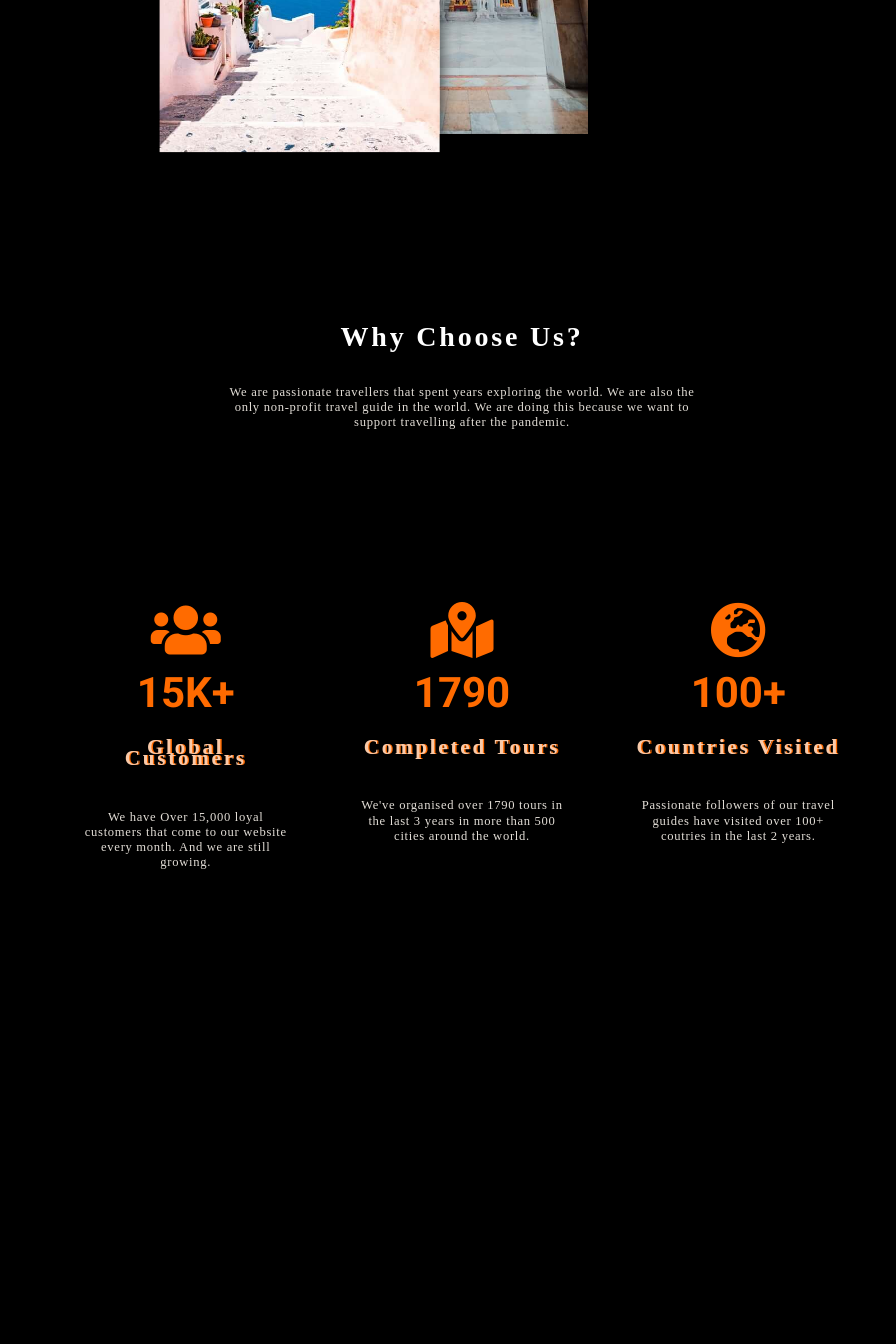
Repository: Hunga9k50doker/wildver-travel
Page: src/index.html
The author's editor kept a copy of each file at every save. The page is drawn from the files as they stood at one save, then again after the next save.
The browser window is 1280 px wide. The pictures show the part of the page from y = 4176 to 6096 px (the page is 6096 px tall before and 6080 px after), at 70% of full size.
Some web fonts or font styles are not loaded; a fallback is used. The style sheet was rebuilt from its Sass, Less or Tailwind sources for each picture, by a compiler version that may differ from the author's.

Above is the page before, as saved 2021-08-27 21:26:30.

After the next save:
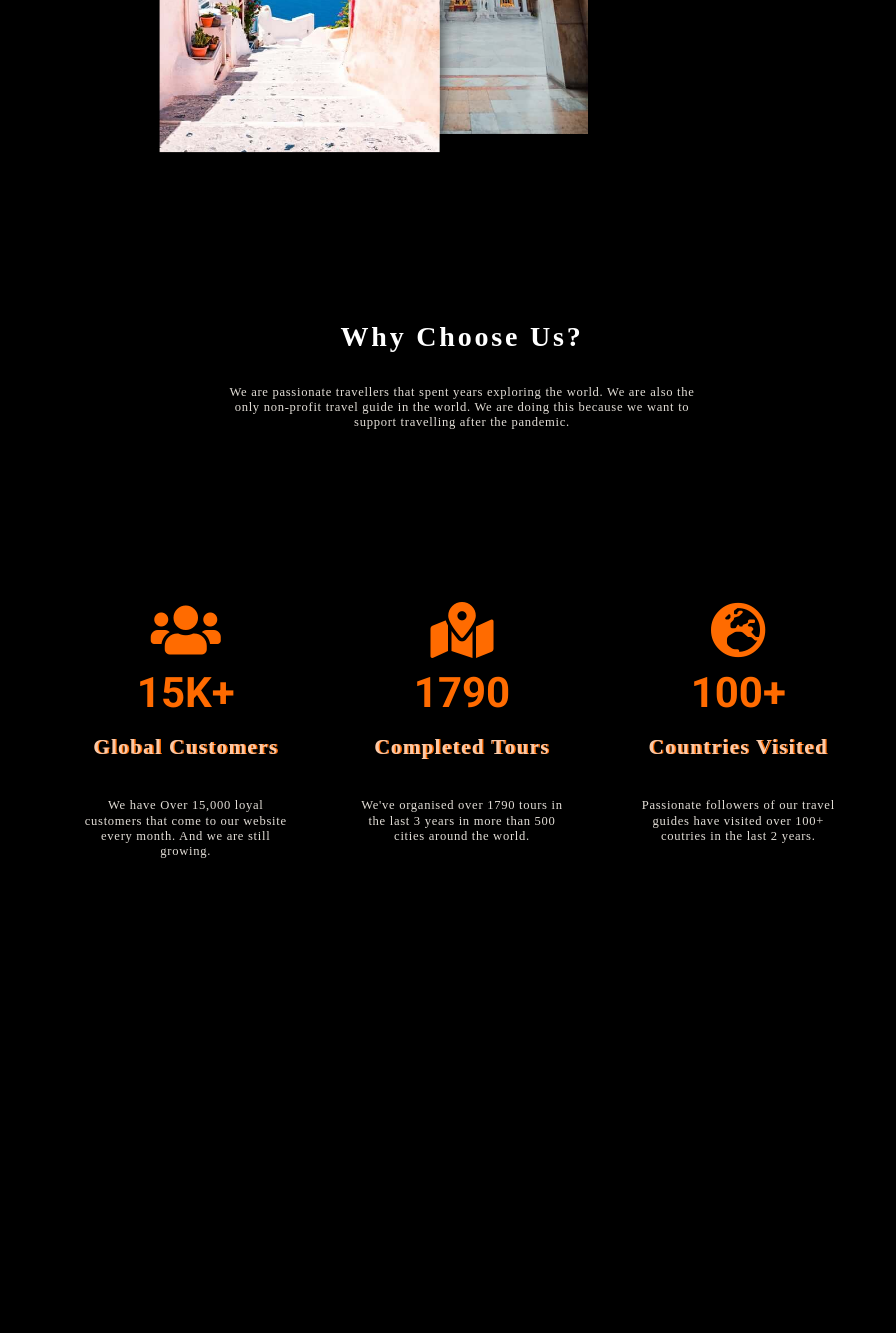
Saved 10 s later.
--- a/src/resources/scss/container.scss
+++ b/src/resources/scss/container.scss
@@ -192,7 +192,7 @@ $mode: cubic-bezier(0.17, 0.67, 0.55, 1.43);
                 h4{
                     color: $waxen-color;
                     font-size: 3rem;
-                    letter-spacing:4px;
+                    letter-spacing:2px;
                     margin:2rem 0;
                     text-shadow: 2px 0px 0px $orange-color;
                 }
